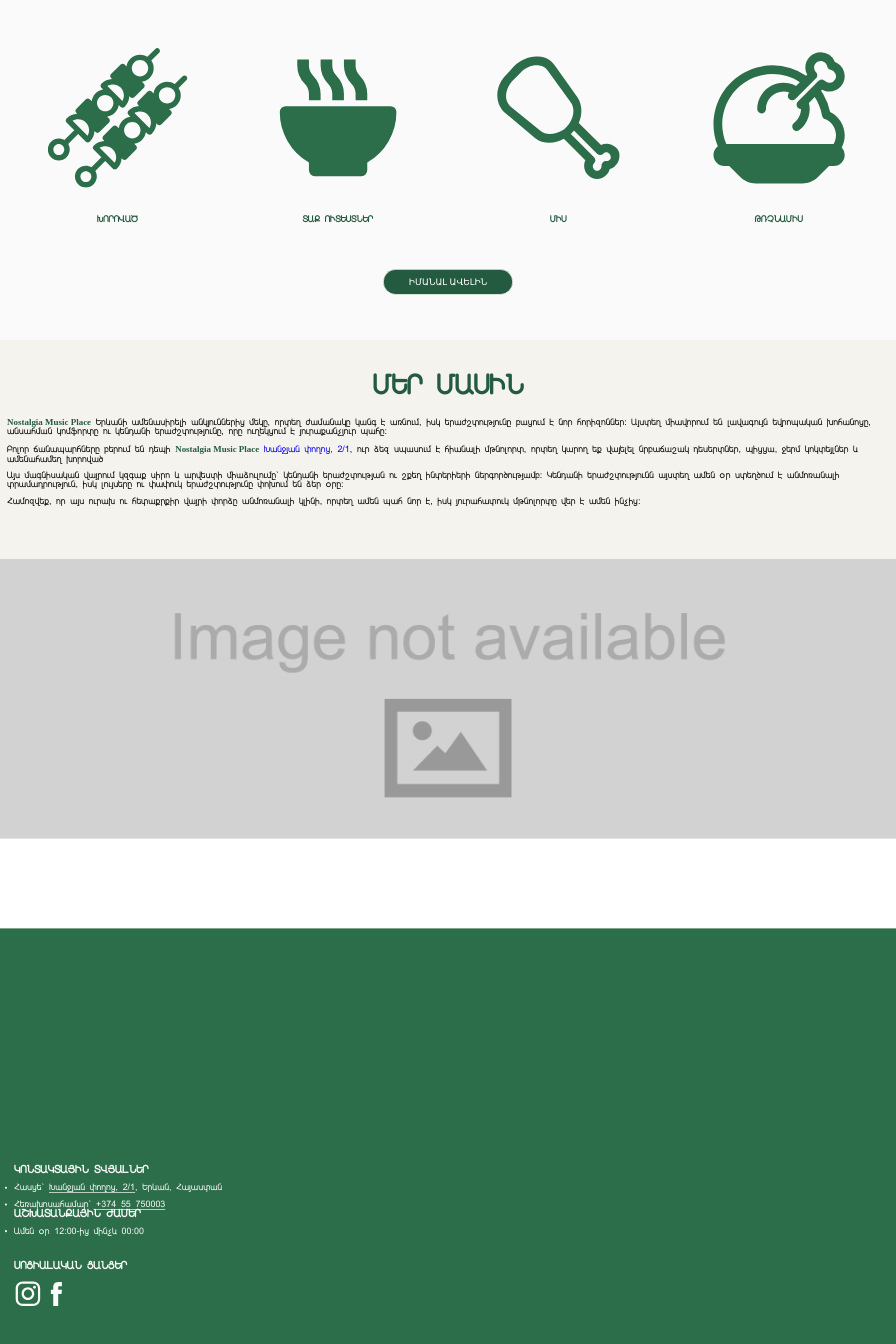
Repository: RuVerr/nost-testttt
Page: index.html
These files come from the project's save history. The page is drawn as it stood at one moment and after a run of saves; the edit follows.
The browser window is 1280 px wide. The pictures show the part of the page from y = 1316 to 3236 px (the page is 3236 px tall before and 3136 px after), at 70% of full size.
Pictures or frames that could not be fetched are drawn as grey boxes.

Above is the page before, as saved 2025-03-01 21:07:37.

After the next 2 saves:
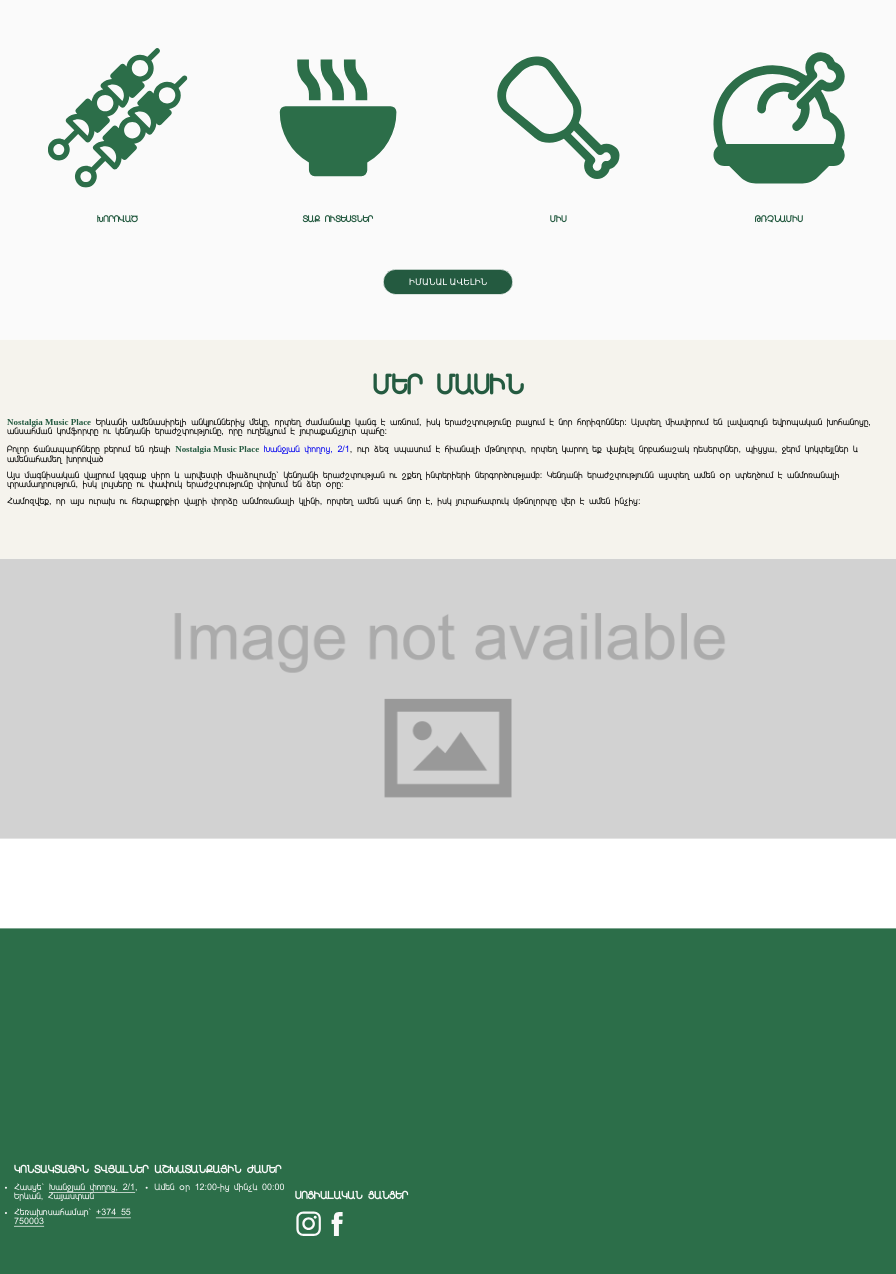
The 2 saves are shown as one change because they came seconds apart.
The last was saved 32 s later.
--- a/index.html
+++ b/index.html
@@ -347,7 +347,7 @@
     <footer class="footer" id="contactInformationID">
         <div class="custom_container_footer">
             <div class="footer_content grid justify-space-between align-items-baseline">
-                <div class="main_footer_content">
+                <div class="main_footer_content grid">
                     <div class="contact_information">
                         <h3 class="contact_information_title font-family text-transform-uppercase">
                             Կոնտակտային տվյալներ
